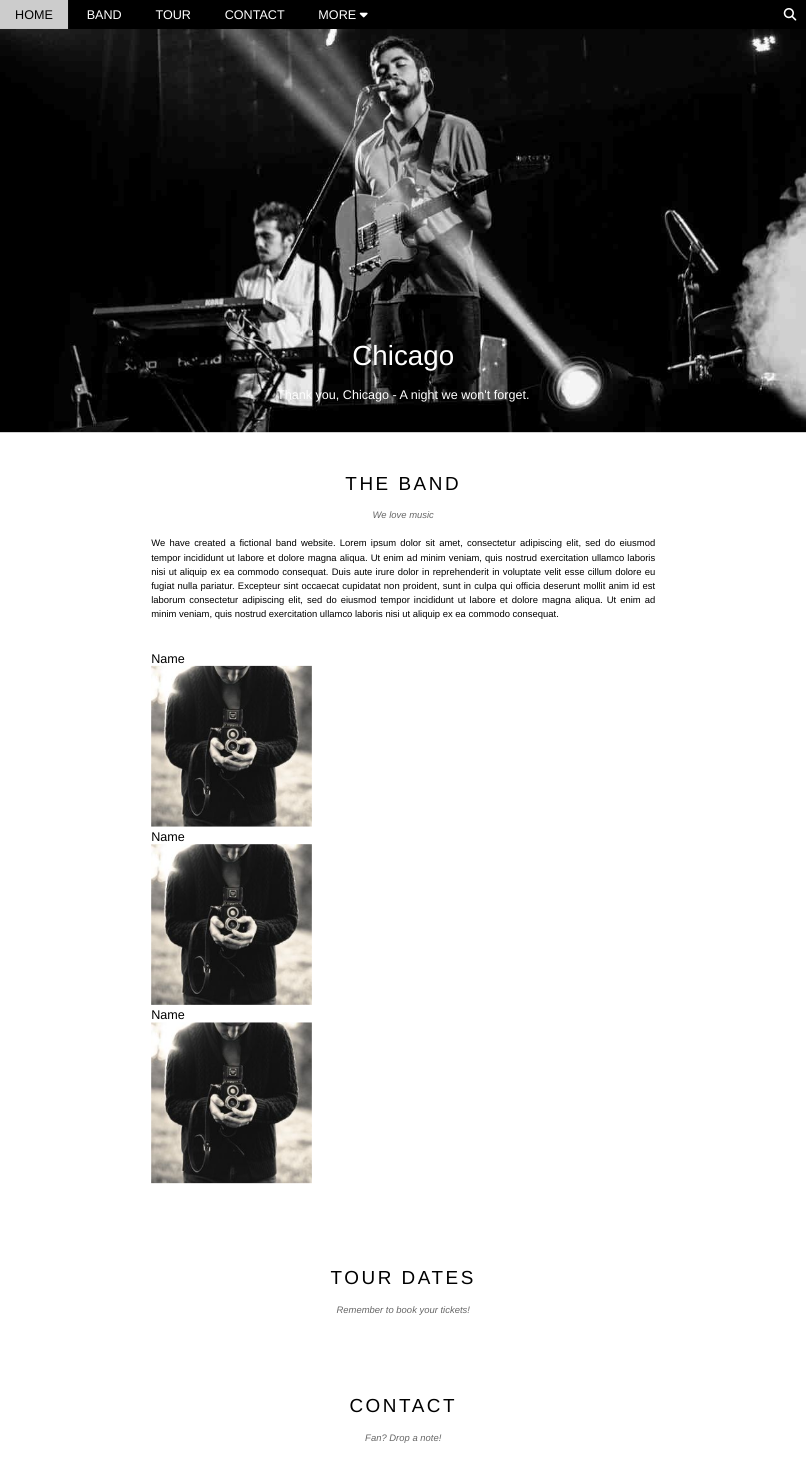
Repository: nugort/nugort.github.io
Page: f8/the-band/index.html
The author's editor kept a copy of each file at every save. The page is drawn from the files as they stood at one save, then again after the next save.
The browser window is 1280 px wide. The pictures show the whole page, at 63% of full size.
Some web libraries are served in a nearby version.

Above is the page before, as saved 2022-02-08 03:53:00.

After the next save:
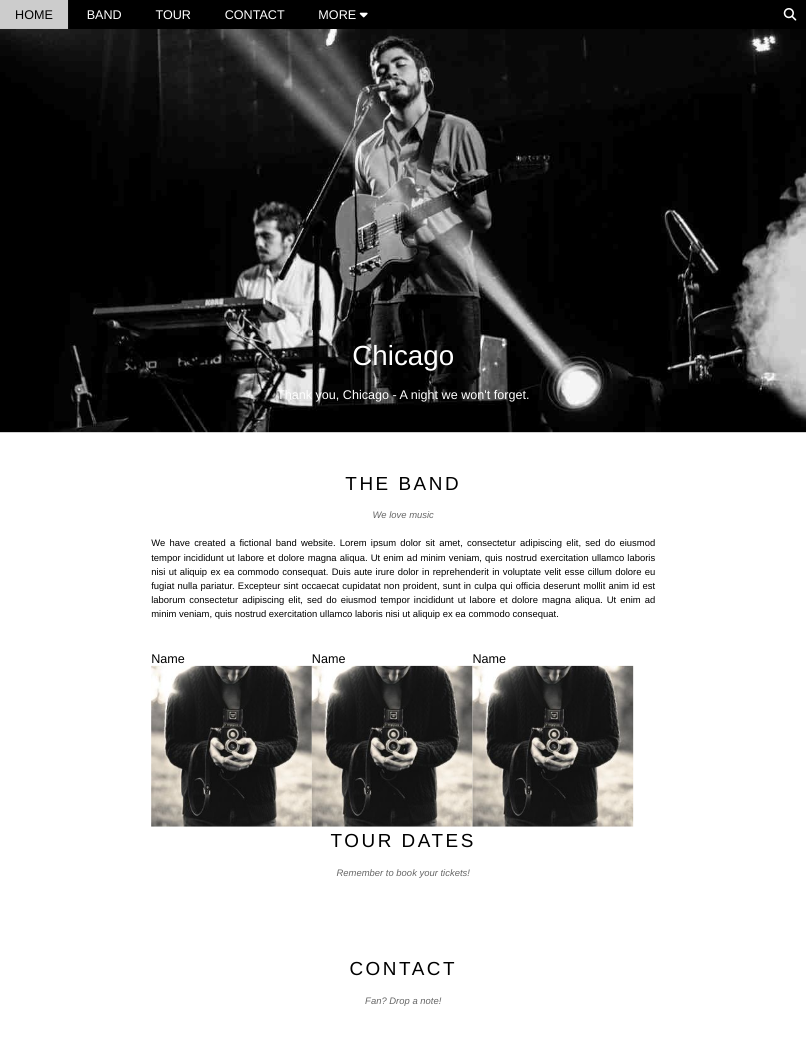
Saved 23 s later.
--- a/f8/the-band/assets/css/styles.css
+++ b/f8/the-band/assets/css/styles.css
@@ -249,6 +249,10 @@ Chiếc web này gồm
     margin-top: 48px;
 }
 
+#content .band-members .member {
+    float: left;
+}
+
 #footer {
 
 }
